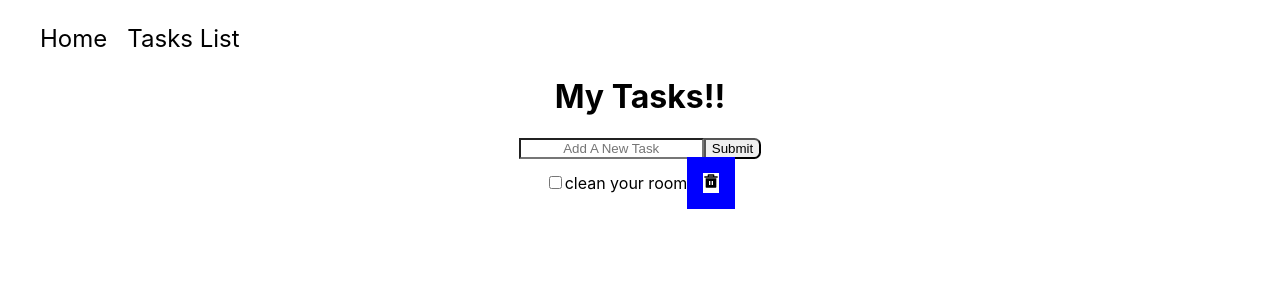
Repository: runner855/abstract_todolist
Page: /
The author's editor kept a copy of each file at every save. The page is drawn from the files as they stood at one save, then again after the next save.
The browser window is 1280 px wide. The pictures show the whole page.
The pointer rests on the first visible `a`.
The project was rebuilt for these pictures with package versions that can differ from the ones it lists, and the page was loaded fresh each time.

Above is the page before, as saved 2022-11-09 14:29:19.

### src/App.tsx
import React, { useState, useEffect } from "react";
import { Header } from "./Header";
import { RiDeleteBin5Fill } from "react-icons/ri";
import "./App.css";

export const App = () => {
  const todos = [
    {
      done: false,
      task: "clean your room",
    },
  ];

  type TodosProps = {
    done: boolean;
    task: string;
  };

  const [value, setValue] = useState<string>("");
  // const [list, setList] = useState<string[]>([]);
  const [tasks, setTasks] = useState<TodosProps[]>(todos);

  return (
    <div className="App">
      <Header />
      <h1>My Tasks!!</h1>
      <div className="textbox">
        <input
          type="text"
          placeholder="Add A New Task"
          onChange={(e) => setValue(e.target.value)}
          value={value}
        ></input>

        {
          <button
            className="addtask"
            onClick={() => {
              setTasks([...tasks, { task: value, done: false }]);
              setValue("");
            }}
          >
            Submit
          </button>
        }

        <div className="todo-container">
          {tasks.map((item, index) => {
            return (
              <div className={`single-task `} key={`${item.task}-${index}`}>
                <input
                  type="checkbox"
                  checked={item.done}
                  onChange={() => setTasks([{ ...item, done: !item.done }])}
                />
                {item.task}
                {item.done}
                <a className="delete">
                  <RiDeleteBin5Fill onClick={() => console.log("delete")} />
                </a>
              </div>
            );
          })}
        </div>
      </div>
    </div>
  );
};

### src/Header.tsx
import * as React from "react";
import "./Header.css";

export const Header = () => {
  return (
    <div className="home">
      <ul>
        <li>Home</li>
        <li>Tasks List</li>
      </ul>
    </div>
  );
};

### src/App.css
h1{
  text-align: center;
}

input {
  text-align: center;
  border-radius: 0em;
  margin-bottom: 1em;
}

.textbox{
  text-align: center;
}

.addtask {
  border-radius: 0em 0.5em 0.5em 0em;
}

a{
  cursor: pointer;
}

a:hover{
  border: solid 1em blue;
}

### src/Header.css
ul{
   text-align: left;
   list-style: none;
   font-size: 1.5em;
   display: flex;

}
ul li {
    margin-right: 20px;
}

Loaded but not shown: public/index.html (common file); src/index.tsx (common file); src/index.css (common file); public/manifest.json (common file)

After the next save:
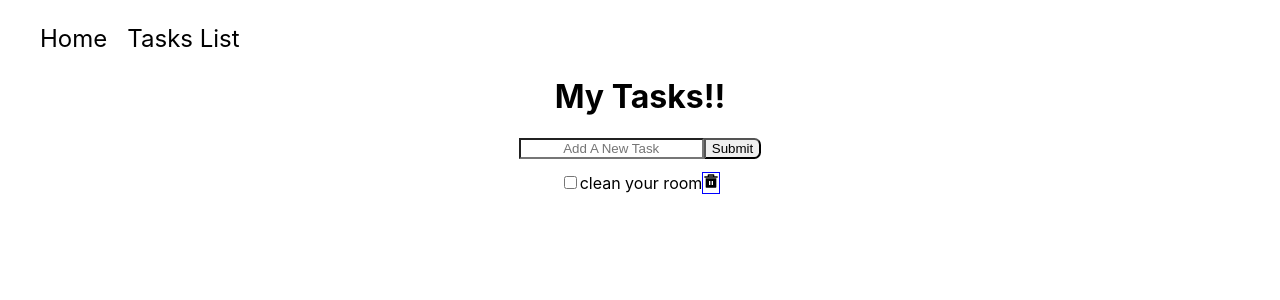
Saved 10 s later.
--- a/src/App.css
+++ b/src/App.css
@@ -21,5 +21,5 @@ a{
 }
 
 a:hover{
-  border: solid 1em blue;
+  border: solid 0.1em blue;
 }
